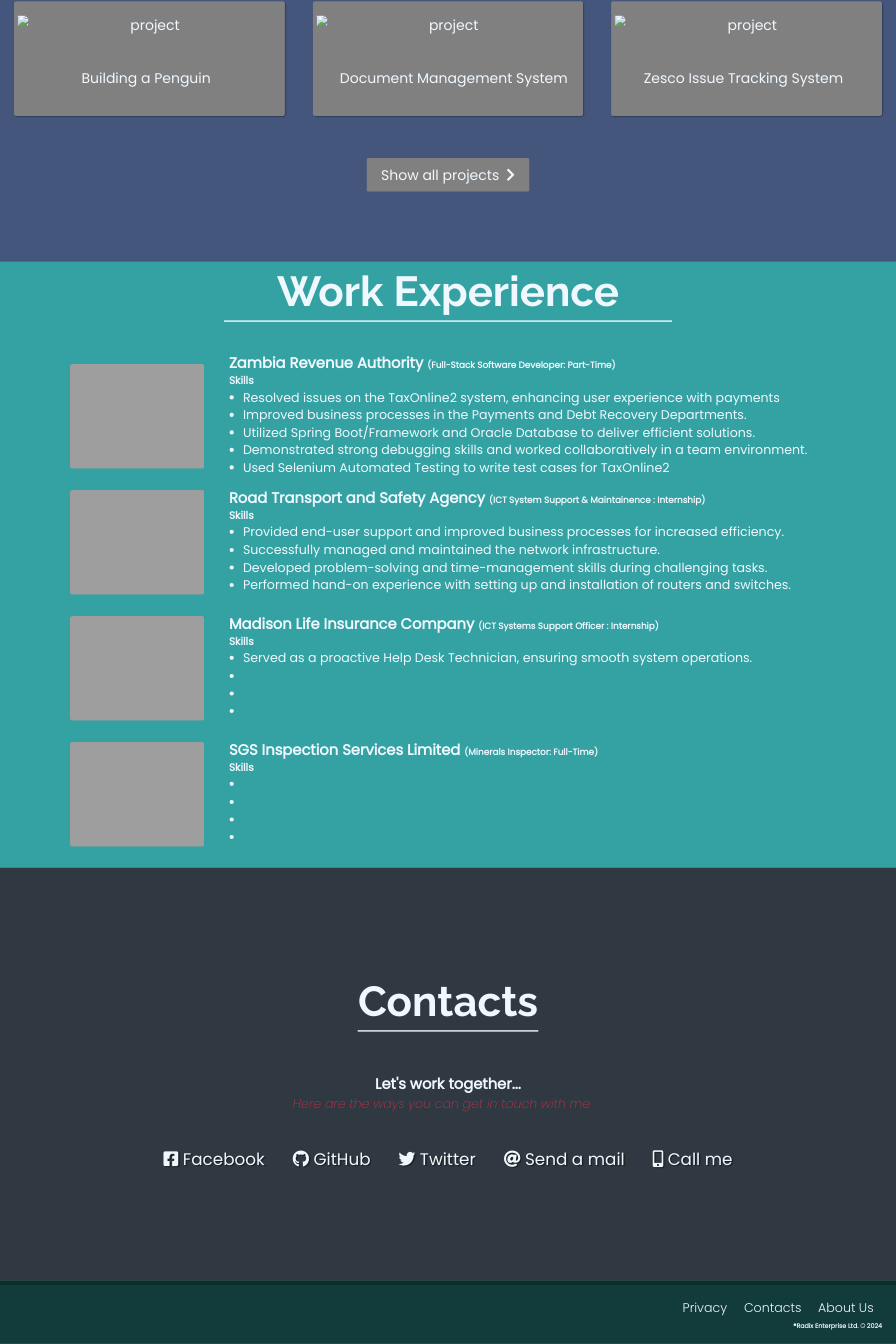
Repository: Lungdjos/personal_portifolio
Page: html/index.html
The author's editor kept a copy of each file at every save. The page is drawn from the files as they stood at one save, then again after a run of saves.
The browser window is 1280 px wide. The pictures show the part of the page from y = 1224 to 3144 px (the page is 3144 px tall), at 70% of full size.
Pictures or frames that could not be fetched are drawn as grey boxes. Some web libraries are served in a nearby version.

Above is the page before, as saved 2024-02-04 02:31:45.

### html/index.html
<!DOCTYPE html>
<html lang="en">

<head>
    <meta charset="UTF-8">
    <meta name="viewport" content="width=device-width, initial-scale=1.0">
    <title>Personal Portifolio</title>
    <link rel="stylesheet" href="/css/styles.css">
    <link rel="stylesheet" href="https://use.fontawesome.com/releases/v5.8.2/css/all.css" integrity="sha384-oS3vJWv+0UjzBfQzYUhtDYW+Pj2yciDJxpsK1OYPAYjqT085Qq/1cq5FLXAZQ7Ay" crossorigin="anonymous">
    <link href="https://fonts.googleapis.com/css?family=Poppins:200i,300,400&amp;display=swap" rel="stylesheet">
    <link href="https://fonts.googleapis.com/css?family=Raleway:700&amp;display=swap" rel="stylesheet">
    <script src="edge-extension://ajdpfmkffanmkhejnopjppegokpogffp/assets/prompt.js"></script>
</head>

<body>
    <header class="header">
        <nav id="navbar">
            <ul class="nav-list">
                <li><a href="#welcome-section" class="nav-link"><i class=""></i>Home</a></li>
                <li>
                    <a href="#project-section" class="nav-link"> <i class=""></i>Projects</a>
                </li>
                <li>
                    <a href="#work-experience-section" class="nav-link"> <i class=""></i>Experience</a>
                </li>
                <li><a href="#contact-section" class="nav-link"><i class=""></i>Contacts</a></li>
            </ul>
        </nav>
    </header>
    <main class="m-3">
        <div id="spacer"></div>
        <section class="home" id="welcome-section">
            <div id="welcome-section">
                <h1 id="title">Hi there, I am Lungu</h1>
                <p id="sub-title"><span>a</span> <span>full-stack</span> <span>software</span> <span>developer</span></p>
            </div>
        </section>

        <div id="spacer"></div>
        <section class="project-section" id="project-section">
            <h1 id="project-heading" class="heading">Here are some Projects I have done</h1>

            <div class="project-grid">
                <a href="#" target="_blank" class="project project-title">
                    <img class="project-image" src="" alt="project">
                    <p class="project-title">
                        <span class="code">&lt;</span>Technical Document Page
                        <span class="code">/&gt;</span>
                    </p>
                </a>

                <a href="#" target="_blank" class="project project-title">
                    <img class="project-image" src="" alt="project">
                    <p class="project-title">
                        <span class="code">&lt;</span> Piano
                        <span class="code">/&gt;</span>
                    </p>
                </a>

                <a href="#" target="_blank" class="project project-title">
                    <img class="project-image" src="" alt="project">
                    <p class="project-title">
                        <span class="code">&lt;</span> Tribute Page
                        <span class="code">/&gt;</span>
                    </p>
                </a>

                <a href="#" target="_blank" class="project project-title">
                    <img class="project-image" src="" alt="project">
                    <p class="project-title">
                        <span class="code">&lt;</span> Building a Penguin
                        <span class="code">/&gt;</span>
                    </p>
                </a>

                <a href="#" target="_blank" class="project project-title">
                    <img class="project-image" src="" alt="project">
                    <p class="project-title">
                        <span class="code">&lt;</span> Document Management System
                        <span class="code">/&gt;</span>
                    </p>
                </a>

                <a href="#" target="_blank" class="project project-title">
                    <img class="project-image" src="" alt="project">
                    <p class="project-title">
                        <span class="code">&lt;</span> Zesco Issue Tracking System
                        <span class="code">/&gt;</span>
                    </p>
                </a>
            </div>

            <a href="#" class="btn btn-show-all" target="_blank">Show all projects<i class="fas fa-chevron-right"></i></a>
        </section>
        <div id="spacer"></div>
        <section class="work-exp-section" id="work-experience-section">
            <h1 class="heading work-exp-heading">Work Experience</h1>
            <div id="grid">
                <div id="icon"><img src="https://th.bing.com/th?id=OIP.rCZtK_dDgujHTn0u4EiHUwHaEX&w=325&h=191&c=8&rs=1&qlt=90&o=6&pid=3.1&rm=2" alt="icon"></div>
                <div class="experience">
                    <h3>Zambia Revenue Authority <small>(Full-Stack Software Developer: Part-Time)</small></h3>
                    <h5 class="skills">Skills</h5>
                    <p>
                        <ul>
                            <li>Resolved issues on the TaxOnline2 system, enhancing user experience with payments</li>
                            <li>Improved business processes in the Payments and Debt Recovery Departments.</li>
                            <li>Utilized Spring Boot/Framework and Oracle Database to deliver efficient solutions.</li>
                            <li>Demonstrated strong debugging skills and worked collaboratively in a team environment.</li>
                            <li>Used Selenium Automated Testing to write test cases for TaxOnline2</li>
                        </ul>
                    </p>
                </div>
            </div>

            <div id="grid">
                <div id="icon"><img src="https://th.bing.com/th?id=OIP.iDj6ErR_9QzKQiRz5T8xHQAAAA&w=158&h=159&c=8&rs=1&qlt=90&o=6&pid=3.1&rm=2" alt="icon"></div>
                <div class="experience">
                    <h3>Road Transport and Safety Agency <small>(ICT System Support & Maintainence : Internship)</small></h3>
                    <h5 class="skills">Skills</h5>
                    <p>
                        <ul>
                            <li>Provided end-user support and improved business processes for increased efficiency.</li>
                            <li>Successfully managed and maintained the network infrastructure.</li>
                            <li>Developed problem-solving and time-management skills during challenging tasks.</li>
                            <li>Performed hand-on experience with setting up and installation of routers and switches.</li>
                        </ul>
                    </p>
                </div>
            </div>

            <div id="grid">
                <div id="icon"><img src="https://th.bing.com/th?id=OIP.sgcljO8ZBHyturyXo14g8wAAAA&w=216&h=103&c=8&rs=1&qlt=90&o=6&pid=3.1&rm=2" alt="icon"></div>
                <div class="experience">
                    <h3>Madison Life Insurance Company <small>(ICT Systems Support Officer : Internship)</small></h3>
                    <h5 class="skills">Skills</h5>
                    <p>
                        <ul>
                            <li>Served as a proactive Help Desk Technician, ensuring smooth system operations.</li>
                            <li></li>
                            <li></li>
                            <li></li>
                        </ul>
                    </p>
                </div>
            </div>

            <div id="grid">
                <div id="icon"><img src="https://th.bing.com/th?id=OIP.TdyvCMy5NlyppvpqZwovrAHaE8&w=306&h=204&c=8&rs=1&qlt=90&o=6&pid=3.1&rm=2" alt="icon"></div>
                <div class="experience">
                    <h3>SGS Inspection Services Limited <small>(Minerals Inspector: Full-Time)</small></h3>
                    <h5 class="skills">Skills</h5>
                    <p>
                        <ul>
                            <li></li>
                            <li></li>
                            <li></li>
                            <li></li>
                        </ul>
                    </p>
                </div>
            </div>
        </section>
        <div id="spacer"></div>
        <section class="contact-section" id="contact-section">
            <h1 class="heading contacts-heading">Contacts</h1>
            <div class="contact-section-header">
                <h3>Let's work together...</h3>
                <p>Here are the ways you can get in touch with me <i class="fa-duotone fa-phone"></i></p>
            </div>
            <div id="contact-links">
                <a href="https://facebook.com/freecodecamp" target="_blank" class="btn contact-details"><i class="fab fa-facebook-square"></i> Facebook</a>
                <a id="profile-link" href="https://github.com/freecodecamp" target="_blank" class="btn contact-details"><i class="fab fa-github"></i> GitHub</a>
                <a href="https://twitter.com/freecodecamp" target="_blank" class="btn contact-details"><i class="fab fa-twitter"></i> Twitter</a>
                <a href="mailto:example@example.com" class="btn contact-details"><i class="fas fa-at"></i> Send a mail</a>
                <a href="tel:555-555-5555" class="btn contact-details"><i class="fas fa-mobile-alt"></i> Call me</a>
            </div>
        </section>
    </main>
    <footer>
        <ul>
            <li><a href="">Privacy</a></li>
            <li><a href="">Contacts</a></li>
            <li><a href="">About Us</a></li>
        </ul>
        <span>&REG;Radix Enterprise Ltd. &copy; 2024</span>
    </footer>
</body>

</html>

### css/styles.css
/** STYLING FOR THE PORTIFOLIO **/


/* the root selector */

:root {
    /* colors */
    --col-1: aliceblue;
    --col-2: grey;
    --col-3: orangered;
    --col-4: #be3144;
    --bc-1: #34a2a2;
    --bc-2: #0b2e28;
    --bc-3: #123b3b;
    --bc-4: #45567d;
    --bc-5: #303841;
    /* values */
}


/* general stylings */

html {
    font-size: 62.5%;
    box-sizing: border-box;
    scroll-behavior: smooth;
}

* {
    margin: 0;
    padding: 0;
}


/* box-sizing and font sizing */

*,
*::before,
*::after {
    box-sizing: inherit;
}


/* body styling */

body {
    font-family: 'Poppins', sans-serif;
    font-size: 1.8rem;
    font-weight: 400;
    line-height: 1.4;
    color: var(--col-1);
    background-color: var(--bc-1);
}


/* headings styling */

h1,
h2 {
    font-family: 'Raleway', sans-serif;
    font-weight: 600;
    text-align: center;
}

h1 {
    font-size: 6rem;
}

h2 {
    font-size: 4.2rem;
}


/* List and anchor styling */

ul {
    list-style: none;
}

a {
    color: var(--col-1);
    text-decoration: none;
}

img {
    display: block;
    width: 100%;
}


/** NAVIGATION BAR */


/* nav bar styling */

nav {
    font-weight: 600;
}

.header {
    display: flex;
    justify-content: flex-end;
    position: fixed;
    top: 0;
    left: 0;
    width: 100%;
    box-shadow: 0 2px 0 rgba(0, 0, 0, 0.4);
    z-index: 10;
    background-color: var(--bc-2);
}

nav>ul {
    display: flex;
    margin-right: 2rem;
    text-transform: uppercase;
}

.nav-list a {
    display: block;
    font-size: 2.2rem;
    padding: 2rem;
}

.nav-list a:hover {
    background: var(--bc-4);
}

.nav-list a:visited {
    border-bottom: .2rem solid #ff6347;
}


/* body styling */

#spacer {
    max-width: 1000px;
    width: 100%;
    margin: 0 auto;
}

main li {
    list-style-type: disc;
}


/** HOME PAGE */


/* Styling or the Home Page */

.home {
    width: 100%;
    height: 100vh;
    display: flex;
    flex-direction: column;
    justify-content: center;
    align-items: center;
    background: inherit;
    background-image: linear-gradient(62deg, #3a3d40 0%, #181719 100%);
}

#welcome-section>p {
    font-size: 3rem;
    font-weight: 200;
    font-style: italic;
    color: #d0a;
}

#title {
    transform-origin: center;
    animation: rotateAndChangeColor 14s infinite ease-in-out;
}

#sub-title {
    text-indent: 10px;
}

#sub-title span {
    display: inline-block;
    animation: fallAnimation 4s infinite ease-in-out forwards;
}


/** PROJECTS */


/* styling for projects */

.project-section {
    text-align: center;
    padding: 10rem 2rem;
    background: var(--bc-4);
}

.heading {
    max-width: 640px;
    margin: 0 auto 6rem auto;
    border-bottom: .2rem solid var(--col-1);
}


/* grids */

.project-grid {
    display: grid;
    grid-template-columns: repeat(auto-fit, minmax(360px, 1fr));
    grid-gap: 4rem;
    width: 100%;
    max-width: 1280px;
    margin: 0 auto;
    margin-bottom: 6rem;
}


/* individual projects */

.project {
    background: var(--col-2);
    box-shadow: 1px 1px 2px rgba(0, 0, 0, 0.4);
    border-radius: 3px;
}

.code {
    color: var(--col-2);
    transition: color 0.3s ease-out;
}

.project:hover .code {
    color: var(--col-3);
}

.project-image {
    height: calc(100% - 6.8rem);
    width: 100%;
    object-fit: cover;
}

.project-title {
    font-size: 2rem;
    padding: 2rem 0.5rem;
}

.btn {
    display: inline-block;
    padding: 1rem 2rem;
    border-radius: 2px;
}

.btn-show-all {
    font-size: 2rem;
    background: var(--col-2);
    transition: background 0.3s ease-out;
}

.btn-show-all:hover {
    background: var(--col-3);
}

.btn-show-all:hover>i {
    transform: translateX(2px);
}

.btn-show-all>i {
    margin-left: 10px;
    transform: translateX(0);
    transition: transform 0.3s ease-out;
}


/** WORK EXPERIENCE */

#work-experience-section {
    justify-content: center;
}

.work-exp-section small {
    font-size: 60%;
}

#work-experience-section #icon {
    display: flex;
    flex-direction: column;
    justify-content: center;
    align-items: center;
}

#work-experience-section img {
    border-radius: 3%;
    height: 150px;
    width: 15vw;
    margin-right: 2rem;
}

#work-experience-section .experience {
    display: flex;
    flex-direction: column;
    justify-content: center;
    height: 125px;
    width: 80vw;
    padding: 5px;
    margin: 1rem;
}

#grid {
    display: flex;
    margin: 3rem;
    margin-left: 10rem;
}

.experience {
    text-align: justify;
}

.experience ul {
    padding-left: 2rem;
}

.skills {
    color: var(--col-1);
}


/** CONTACTS */

#contact-section {
    display: flex;
    flex-direction: column;
    justify-content: center;
    align-items: center;
    text-align: center;
    padding: 0 3rem;
    width: 100%;
    height: 82vh;
    background: var(--bc-5);
}

.contact-section-header>h2 {
    font-size: 6rem;
}

.contact-section-header>p {
    font-style: italic;
    color: var(--col-4);
}

#contact-links {
    display: flex;
    justify-content: center;
    width: 100%;
    max-width: 980px;
    margin-top: 4rem;
    flex-wrap: wrap;
}

.contact-details {
    font-size: 2.4rem;
    text-shadow: 2px 2px 1px #1f1f1f;
    transition: transform 0.3s ease-out;
}

.contact-details:hover {
    transform: translateY(10px);
    color: var(--col-4);
}


/** FOOTER */


/* footer styling */

footer {
    font-weight: 300;
    padding: 2rem;
    background-color: var(--bc-3);
    border-top: 6px solid var(--bc-2);
}

footer>ul {
    display: flex;
    justify-content: flex-end;
}

footer>ul>li {
    padding: 0 12px;
}

footer>span {
    display: flex;
    justify-content: flex-end;
    margin-top: 6px;
    font-size: .9rem;
    font-weight: bold;
}


/** ANIMATIONS AND EFFECTS */


/* Welcome Page Animations */

@keyframes rotateAndChangeColor {
    0% {
        transform: rotateY(0deg);
        color: #333;
    }
    30% {
        transform: rotateY(360deg);
        color: #2e604a;
    }
    60% {
        transform: rotate(0deg);
        color: #45567d;
    }
    90% {
        transform: rotate(360deg);
        color: #ff6347;
    }
}

@keyframes fallAnimation {
    0% {
        transform: translateY(-60px);
        opacity: 0;
    }
    50% {
        transform: translateY(-60px);
        opacity: 0.4;
    }
    100% {
        transform: translateY(0);
        opacity: 1;
    }
}


/** STYLING FOR SMALL DEVICES */


/* 1200px / 16px = 75em */

@media (max-width: 75em) {
    html {
        font-size: 60%;
    }
}


/* 980px / 16px = 61.25em */

@media (max-width: 61.25em) {
    html {
        font-size: 58%;
    }
}


/* 460px / 16px = 28.75em */

@media (max-width: 28.75em) {
    html {
        font-size: 55%;
    }
}


/** NAV-BAR */


/* nav bar media queries */

@media (max-width: 28.75em) {
    #navbar {
        justify-content: center;
    }
    .nav-list {
        margin: 0 1rem;
    }
}


/** PROJECTS */


/* projects media query */

@media (max-width: 28.75em) {
    #project-heading {
        font-size: 4rem;
    }
}

@media (max-width: 30.625em) {
    .project-section {
        padding: 6rem 1rem;
    }
    .project-grid {
        grid-template-columns: 1fr;
    }
}


/** WORK EXPERIENCE */

@media (max-width: 550px) {
    #work-experience-section #icon {
        display: none;
    }
}

@media (max-width: 550px) {
    #work-experience-section .experience {
        width: 100%;
        text-align: center;
        padding: 0;
        height: 150px;
    }
}

@media (max-width: 650px) {
    #work-experience-section {
        margin-top: 0;
    }
}


/** CONTACTS */

@media (max-width: 28.75em) {
    .contact-section-header>h2 {
        font-size: 4rem;
    }
}


/** FOOTER */


/* footer */

@media (max-width: 28.75em) {
    footer {
        flex-direction: column;
        text-align: center;
    }
}

After the next 2 saves:
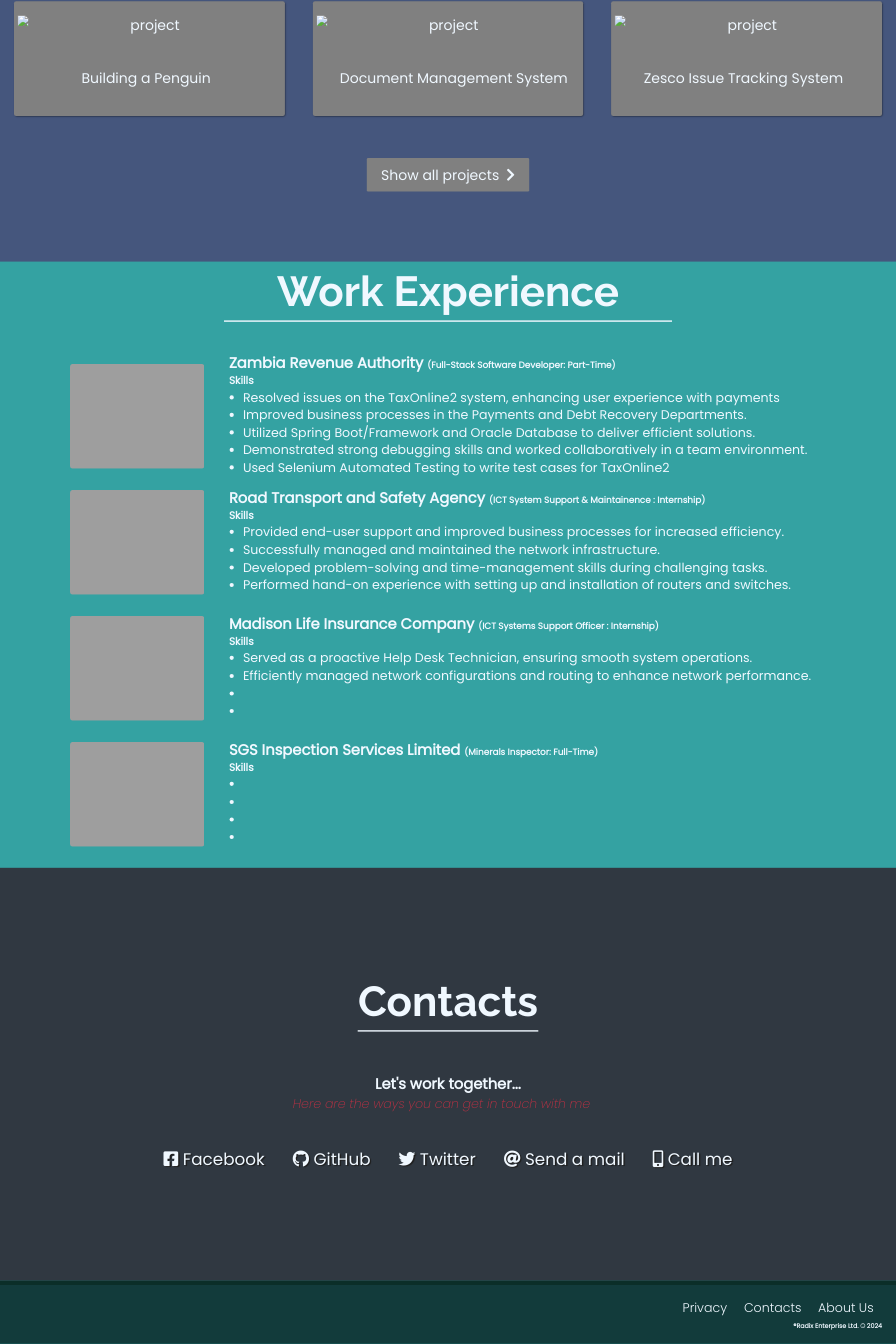
The 2 saves are shown as one change because they came seconds apart.
The last was saved 15 s later.
--- a/html/index.html
+++ b/html/index.html
@@ -136,7 +136,7 @@
                     <p>
                         <ul>
                             <li>Served as a proactive Help Desk Technician, ensuring smooth system operations.</li>
-                            <li></li>
+                            <li>Efficiently managed network configurations and routing to enhance network performance.</li>
                             <li></li>
                             <li></li>
                         </ul>
